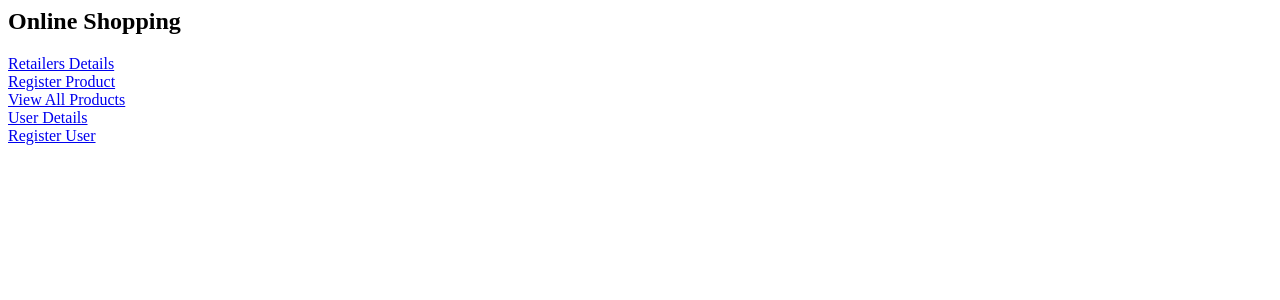
Repository: mihirhpanchal/Java-OnlineShopping
Page: http://localhost/onlineshopping/
An editor plug-in stored every save of this project. The page is shown before and after the next save, followed by the edit.
The browser window is 1280 px wide. The pictures show the whole page.
The page is served by Tomcat 9.

Above is the page before, as saved 2019-11-21 03:09:47.

After the next save:
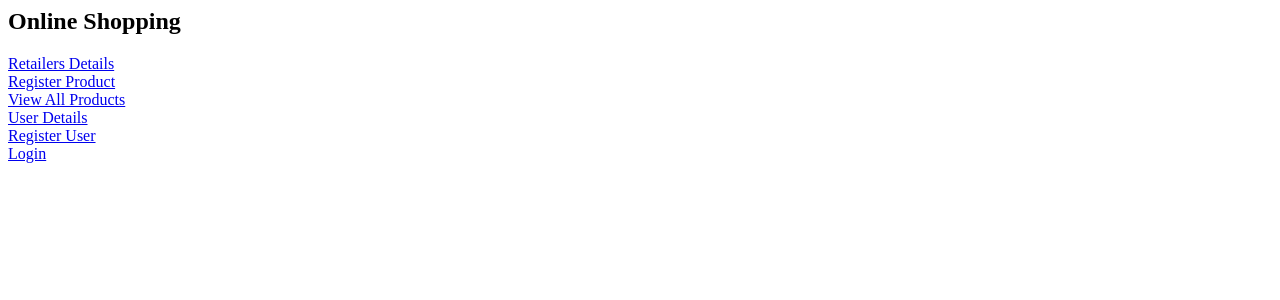
Saved 24 s later.
--- a/onlineshopping/onlineshopping/src/main/webapp/index.jsp
+++ b/onlineshopping/onlineshopping/src/main/webapp/index.jsp
@@ -5,6 +5,7 @@
 <a href="regproduct.html">Register Product</a><br>
 <a href="viewallprod.do">View All Products</a><br>
 <a href="userdetails.do">User Details</a><br>
-<a href="signup.do">Register User</a>
+<a href="signup.do">Register User</a><br>
+<a href="login.do">Login</a><br>
 </body>
 </html>
